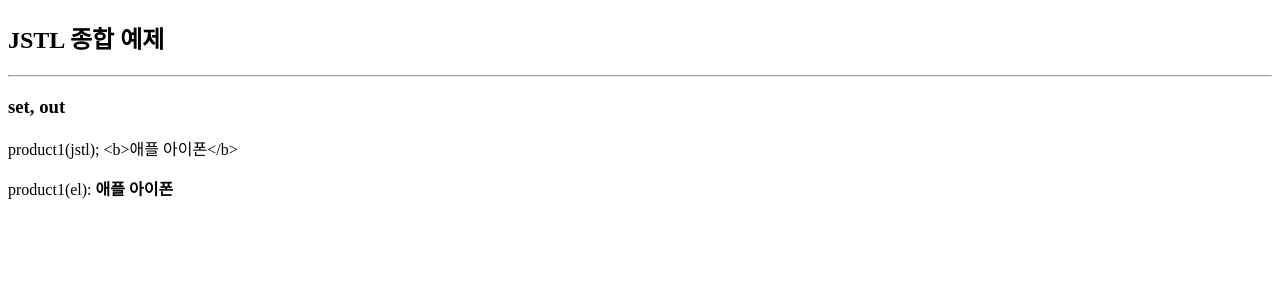
Repository: gold9387/jwbook
Page: http://localhost/jwbook/ch07/jstlExam.jsp
An editor plug-in stored every save of this project. The page is shown before and after the next save, followed by the edit.
The browser window is 1280 px wide. The pictures show the whole page.
The page is served by Tomcat 9.

Above is the page before, as saved 2023-06-06 08:24:34.

After the next save:
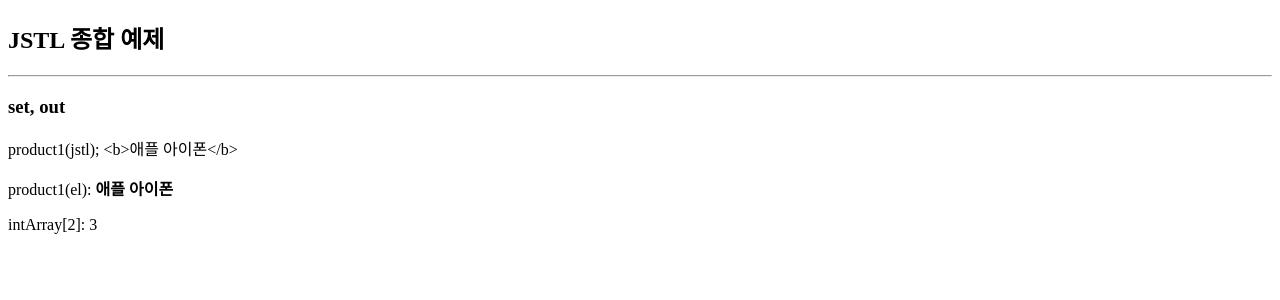
Saved 29 s later.
--- a/jwbook/src/main/webapp/ch07/jstlExam.jsp
+++ b/jwbook/src/main/webapp/ch07/jstlExam.jsp
@@ -19,6 +19,7 @@
 		product1(jstl);
 		<c:out value="${product1}" default="Not registered" escapeXml="true" />
 		<p>product1(el): ${product1}</p>
+		<p>intArray[2]: ${intArray[2]}</p>
 	</p>
 </body>
 </html>
